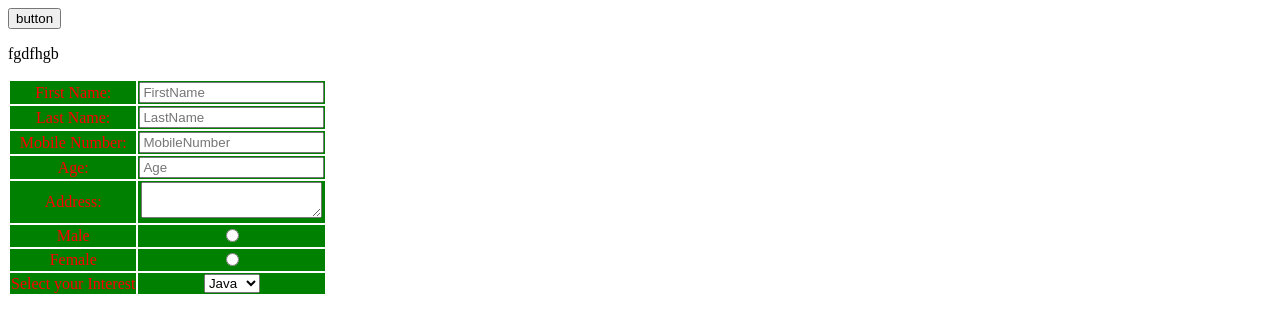
Repository: Ganesh281996/Ganesh
Page: BasicHtml/WebContent/Login.html
These files come from the project's save history. The page is drawn as it stood at one moment and after the next save; the edit follows.
The browser window is 1280 px wide. The pictures show the whole page.

Above is the page before, as saved 2018-03-28 05:36:51.

After the next save:
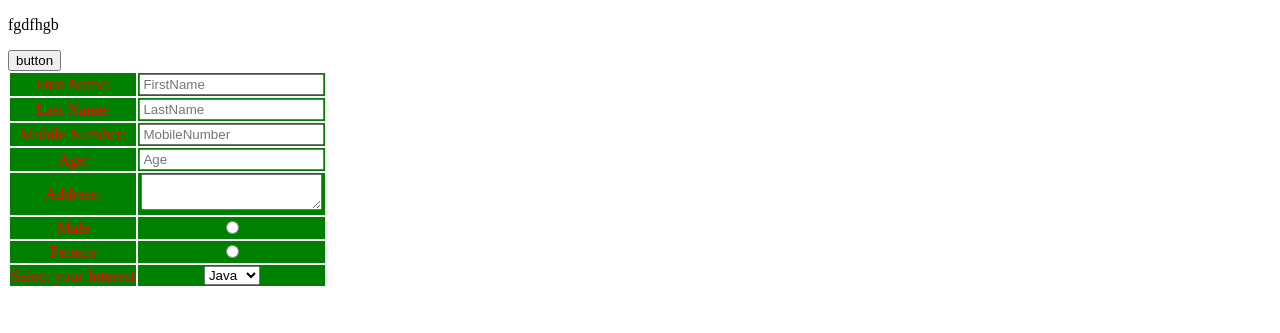
Saved 16 s later.
--- a/BasicHtml/WebContent/Login.html
+++ b/BasicHtml/WebContent/Login.html
@@ -12,8 +12,9 @@ function validate(){
 document.getElementById("paragraph").innerHTML="nothing";
 }
 </script>
+<p Name="paragraph" >fgdfhgb</p>
 	<button id="button" onclick="validate()">button</button>
-<p Name="paragraph" >fgdfhgb</p>
+
 	<form action="return validate()" >
 		<table>
 			<tr>
